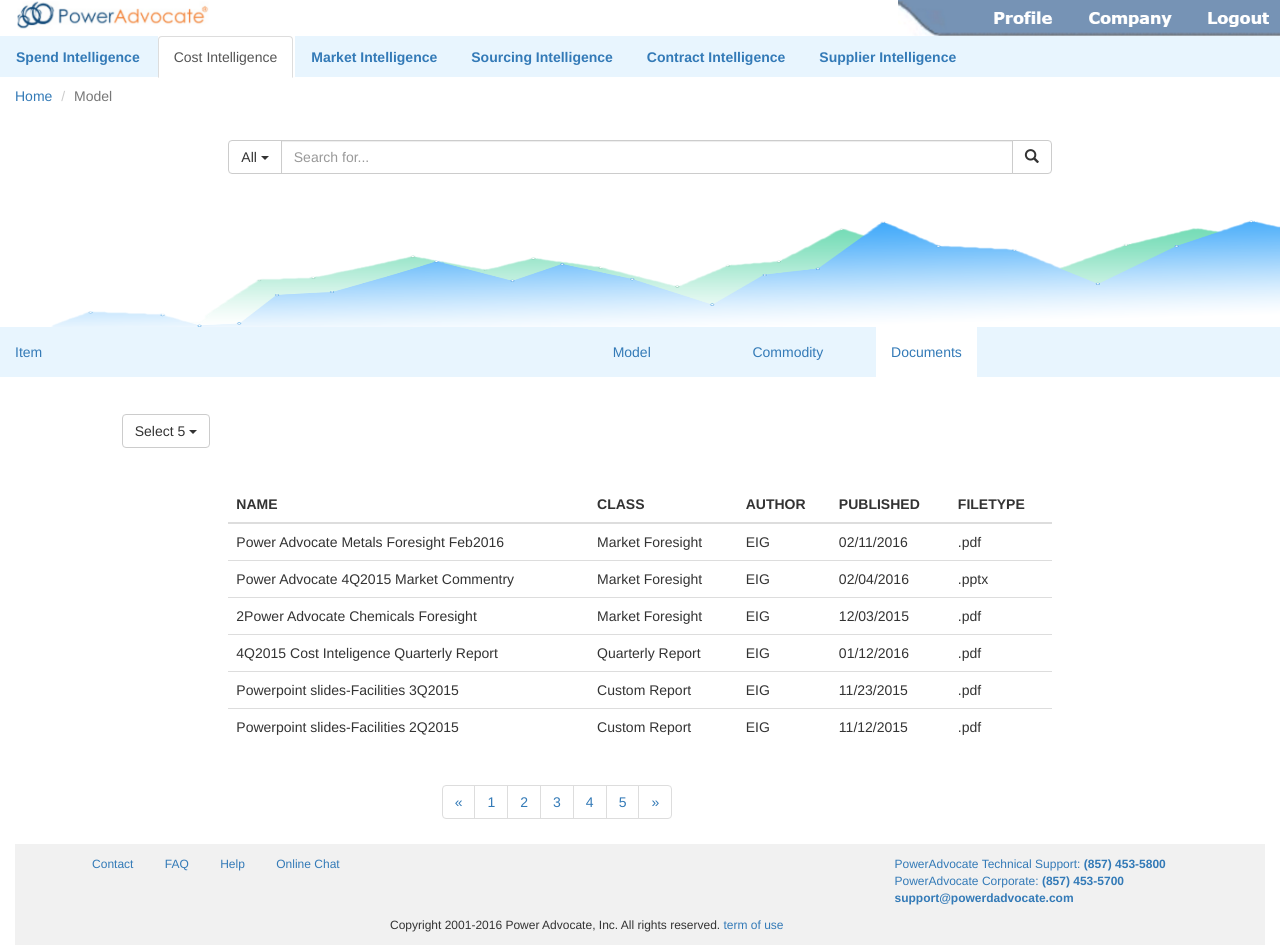
Repository: SamiraMansouri/PowerAdvocate-CostIntelligence-Application-new-Design-using-UserExperience-Method-
Page: http://localhost/PowerAdvocate/WEB-INF/views/Documents.jsp
The author's editor kept a copy of each file at every save. The page is drawn from the files as they stood at one save, then again after the next save.
The browser window is 1280 px wide. The pictures show the whole page.
The page is served by Tomcat 9. Nobody is signed in. The template is opened directly, without the code that normally fills it, so the values that code supplies are empty.

Above is the page before, as saved 2016-04-25 05:50:17.

After the next save:
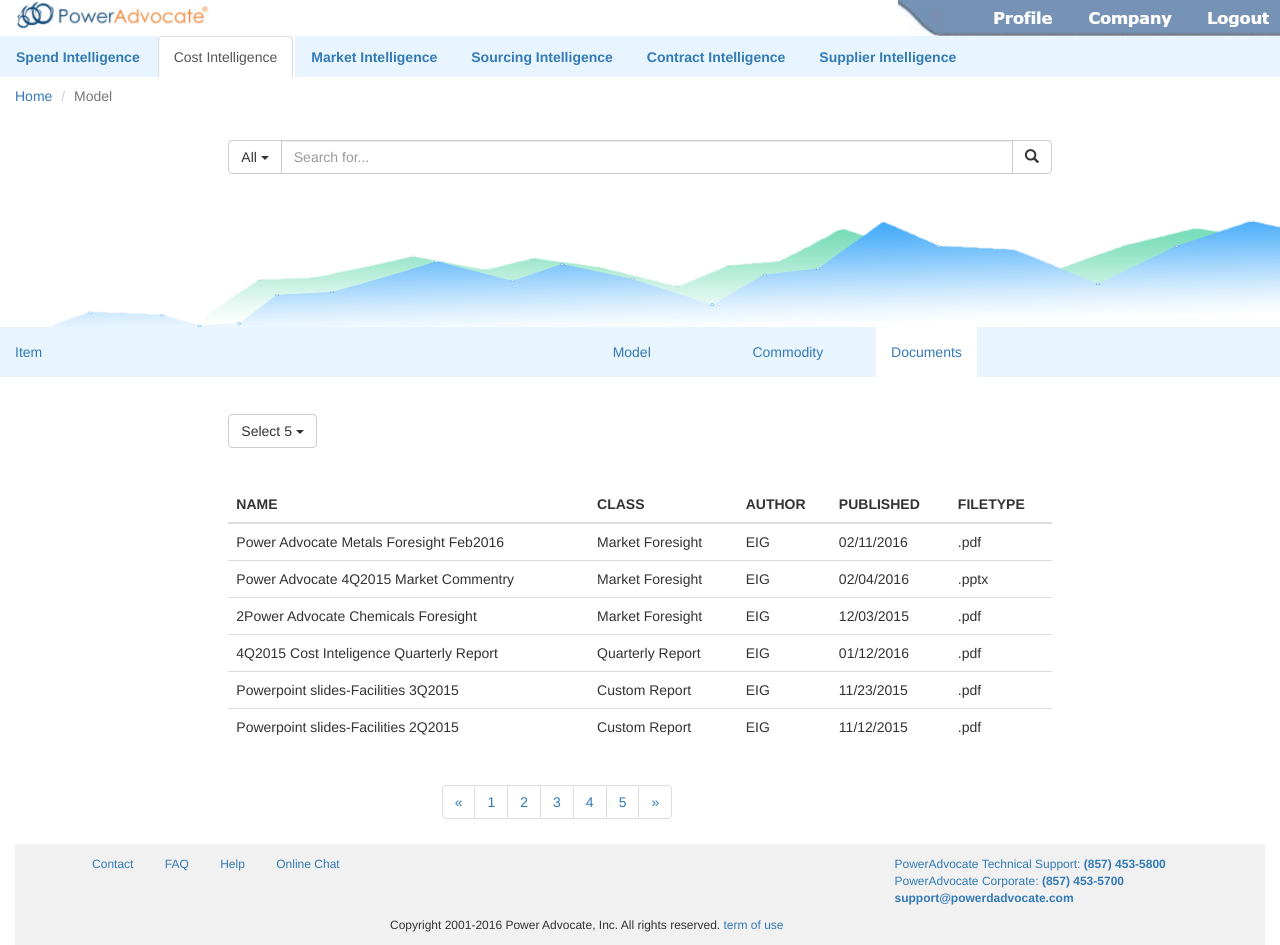
Saved 57 s later.
--- a/PowerAdvocate-Prototype/PowerAdvocate/src/main/webapp/WEB-INF/views/Documents.jsp
+++ b/PowerAdvocate-Prototype/PowerAdvocate/src/main/webapp/WEB-INF/views/Documents.jsp
@@ -221,7 +221,7 @@
 		</div>
 
 		 <div class="row top-buffer ">
-    	<div class="col-md-1"></div>
+    	<div class="col-md-2"></div>
     	<div class="col-md-2">
     		  <div class="dropdown pull-left">
   						<button class="btn btn-default dropdown-toggle" type="button" id="dropdownMenu2" data-toggle="dropdown" aria-haspopup="true" aria-expanded="false">
